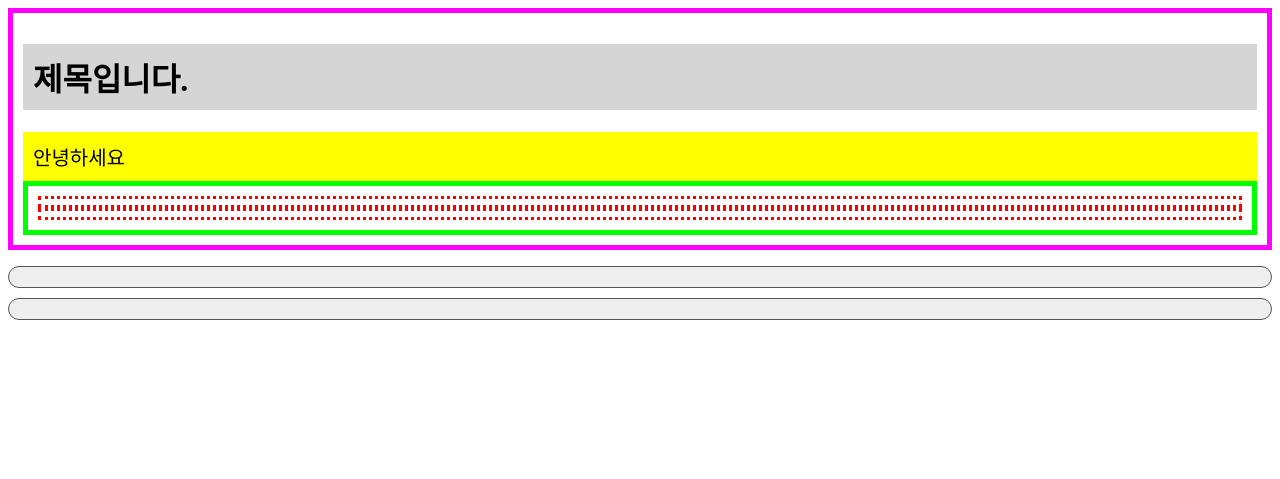
Repository: ssummini/Web
Page: jQuery/src/main/webapp/01_helloJQuery/exam05.html
These files come from the project's save history. The page is drawn as it stood at one moment and after the next save; the edit follows.
The browser window is 1280 px wide. The pictures show the whole page.

Above is the page before, as saved 2024-08-22 05:21:51.

After the next save:
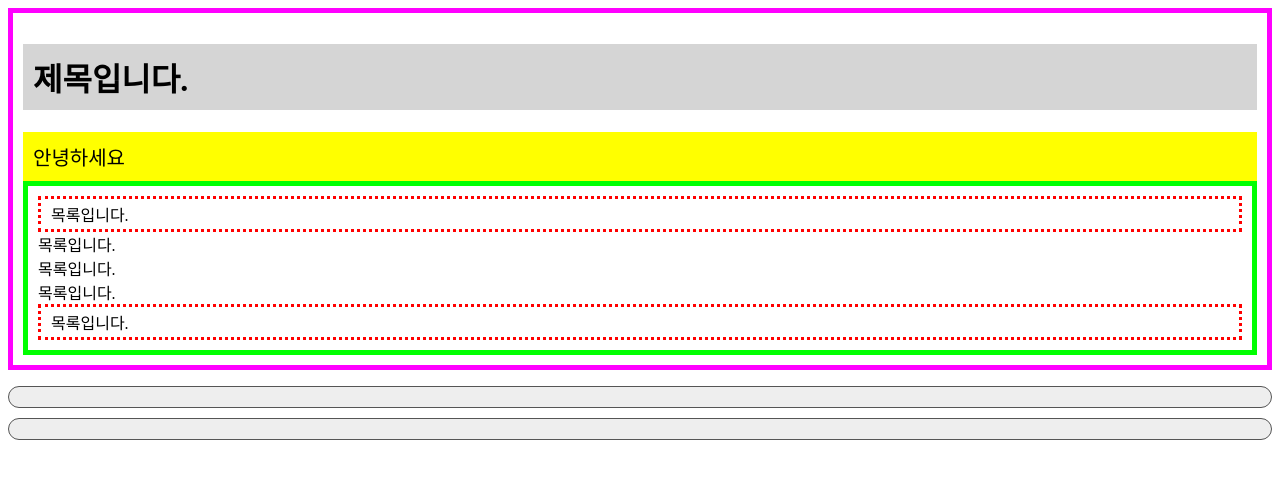
Saved 6 s later.
--- a/jQuery/src/main/webapp/01_helloJQuery/exam05.html
+++ b/jQuery/src/main/webapp/01_helloJQuery/exam05.html
@@ -71,7 +71,7 @@ $(function () {
 	$('div#container #title').html('제목입니다.')
 
 	$('div#container > div.box').html('안녕하세요')
-	$('div#container > dib.box > ul > li').html("목록입니다.")
+	$('ul > li').html("목록입니다.")
 });
 
 </script>
